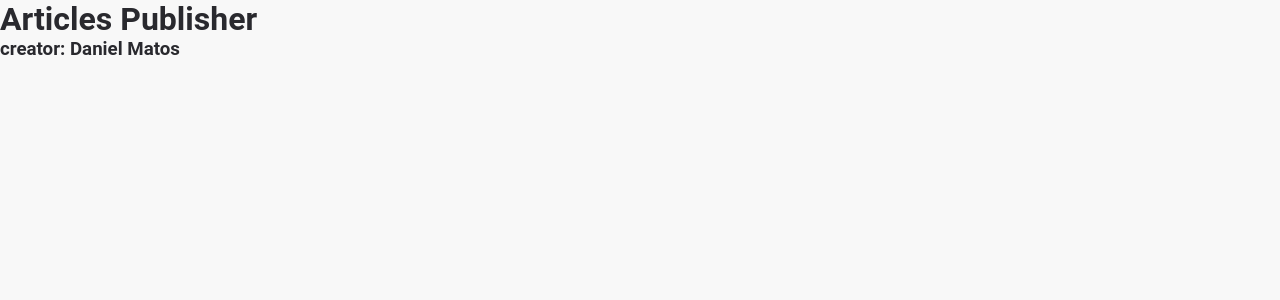
Repository: batmit/publish_articles
Page: /
The author's editor kept a copy of each file at every save. The page is drawn from the files as they stood at one save, then again after a run of saves.
The browser window is 1280 px wide. The pictures show the whole page.
The project was rebuilt for these pictures with package versions that can differ from the ones it lists, and the page was loaded fresh each time. Also part of the build but not shown: src/styles/Home.scss.

Above is the page before, as saved 2021-06-28 21:24:30.

### public/index.html
<!DOCTYPE html>
<html lang="en">
  <head>
    <meta charset="utf-8" />
    <meta name="viewport" content="width=device-width, initial-scale=1" />
    <meta name="theme-color" content="#000000" />
    <meta
      name="description"
      content="Web site created using create-react-app"
    />
    <title>publish_articles</title>
  </head>
  <body>
    <noscript>You need to enable JavaScript to run this app.</noscript>
    <div id="root"></div>
    <!--
      This HTML file is a template.
      If you open it directly in the browser, you will see an empty page.

      You can add webfonts, meta tags, or analytics to this file.
      The build step will place the bundled scripts into the <body> tag.

      To begin the development, run `npm start` or `yarn start`.
      To create a production bundle, use `npm run build` or `yarn build`.
    -->
  </body>
</html>

### src/App.tsx
import React from 'react';

import {Home} from './pages/Home'

import './styles/global.scss'

import {BrowserRouter, Route} from 'react-router-dom'


function App() {
  return (

      <BrowserRouter>

        <Route path='/' exact component={Home} />

      </BrowserRouter>

  );
}

export default App;

### src/pages/Home.tsx
import '../styles/Home.scss'

import { Link } from 'react-router-dom';

export function Home() {
    return (
        <>
            <header>
                <h1>Articles Publisher</h1>
                <h3>creator: Daniel Matos</h3>
            </header>

            <main>

                <Link to='' />

            </main>
        </>


    );
}

### src/styles/global.scss
* {
    margin: 0;
    padding: 0;
    box-sizing: boder-box;
}

body{
    background: #f8f8f8;
    color: #29292e;
}

body, input, button, textarea {
    font: 400 16px 'Roboto', sans-serif ; // se não rodar o Roboto pega o sans-serif
}

Loaded but not shown: src/index.tsx (common file)

After the next 2 saves:
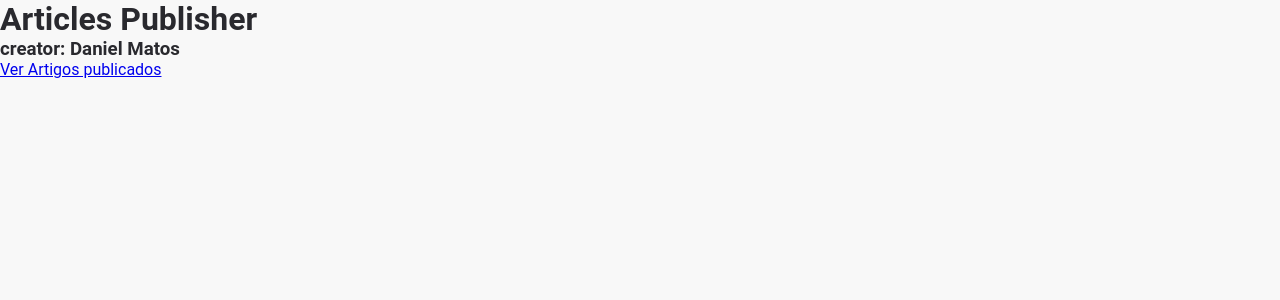
The 2 saves are shown as one change because 1 did not build or start.
The last was saved 36 s later.
--- a/src/pages/Home.tsx
+++ b/src/pages/Home.tsx
@@ -12,7 +12,7 @@ export function Home() {
 
             <main>
 
-                <Link to='' />
+                <Link to=''>Ver Artigos publicados</Link>
 
             </main>
         </>
